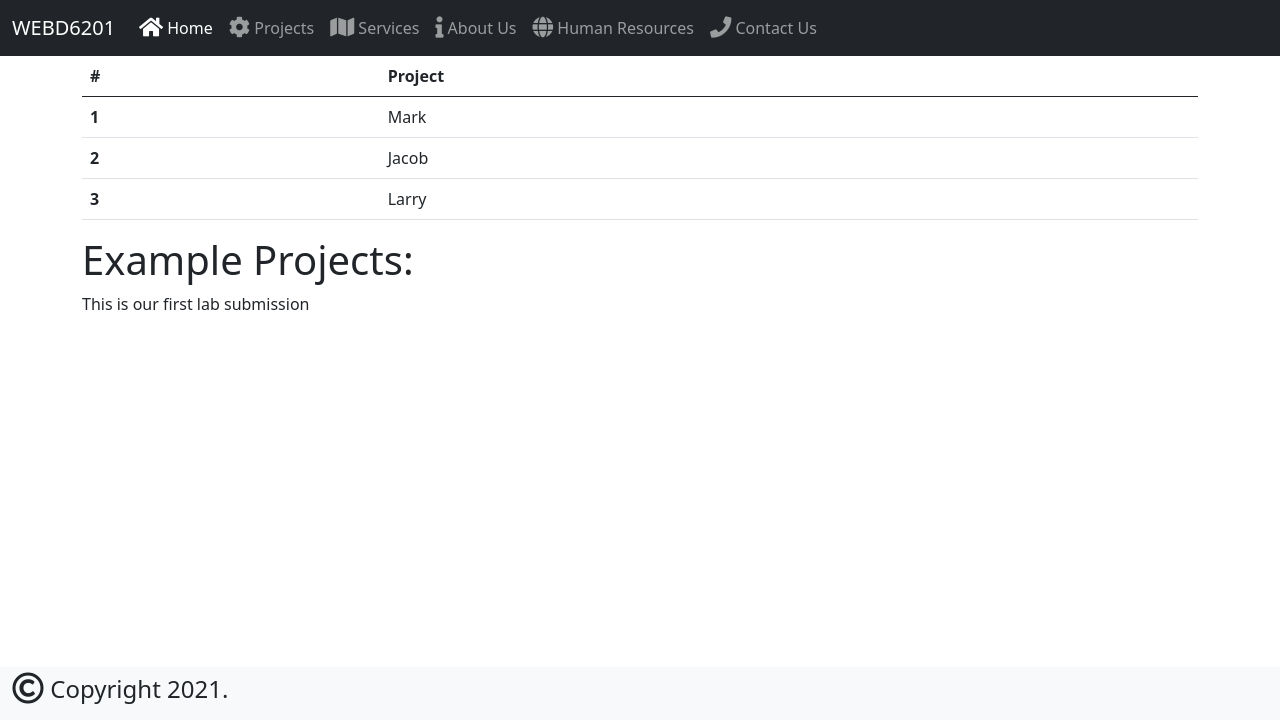
Repository: Sub4Sub/Lab_1
Page: products.html
An editor plug-in stored every save of this project. The page is shown before and after the next save, followed by the edit.
The browser window is 1280 px wide. The pictures show the whole page.

Above is the page before, as saved 2021-02-05 15:59:22.

### products.html
<!DOCTYPE html>
<html lang="en">
<head>
    <meta charset="UTF-8">
    <meta name="viewport" content="width=device-width, initial-scale=1.0">
    <title>Products</title>
    <!-- CSS Section -->
    <link rel="stylesheet" href="./node_modules/bootstrap/dist/css/bootstrap.min.css">
    <link rel="stylesheet" href="./node_modules/@fortawesome/fontawesome-free/css/all.min.css">
    <link rel="stylesheet" href="./Content/app.css">
</head>
<body>
    <!-- Main Header -->

    <!-- Main Content -->
    <main class="container">
      <table class="table">
        <thead>
          <tr>
            <th scope="col">#</th>
            <th scope="col">Project</th>
          </tr>
        </thead>
        <tbody>
          <tr>
            <th scope="row">1</th>
            <td>Mark</td>
          </tr>
          <tr>
            <th scope="row">2</th>
            <td>Jacob</td>
          </tr>
          <tr>
            <th scope="row">3</th>
            <td>Larry</td>
          </tr>
        </tbody>
      </table>
    </main>



    <!-- Script Section-->
    <script src="./node_modules/jquery/dist/jquery.min.js"></script>
    <script src="./node_modules/bootstrap/dist/js/bootstrap.bundle.min.js"></script>
    <script src="./Scripts/app.js"></script>
</body>
</html>

### Scripts/app.js
/*
* Name: Brett Tindall & Emeka Okoisama
* Student Id: 100708109 &
* Date Completed: 2021-02-05
*/

"use strict";

//IIFE - Immediately Invoked Function Expression
(function()
{

    /*
      Function that displays the home page's content
    */
    function displayHome()
    {
        let indexHeading = document.createElement("h1");

        indexHeading.setAttribute("id", "indexHeading");
        indexHeading.textContent = `Welcome to lab 1`;

        let mainContent = document.querySelector("main");
        mainContent.appendChild(indexHeading);

        let newDivTag = document.createElement("div");
        newDivTag.innerHTML =
        `<h4>By Brett Tindall and Emeka Okoisama</h4>
        <p id="paragraphThree"> This is our first lab submission </p>`;


        mainContent.append(newDivTag);


    }

    function displayProjects()
    {
        let projectHeading = document.createElement("h1");

        projectHeading.setAttribute("id", "projectHeading");
        projectHeading.textContent = `Example Projects:`;

        let mainContent = document.querySelector("main");
        mainContent.appendChild(projectHeading);

        let newDivTag = document.createElement("div");
        newDivTag.innerHTML =
        `<p id="paragraphThree"> This is our first lab submission </p>`;


        mainContent.append(newDivTag);


    }

    /*
      Function that displays the contact page's content
    */
    function displayContact()
    {
      let contactHeading = document.createElement("h1");

      contactHeading.setAttribute("id", "contactHeading");
      contactHeading.textContent = "Enter a Contact";

      let mainContent = document.querySelector("main");
      mainContent.appendChild(contactHeading);

      let newDivTag = document.createElement("div");
      newDivTag.innerHTML =
      `<div id="messageArea"></div>

      <div class="row justify-content-lg-center g-3">
        <form class="col-lg-6 col-md-10 col-sm-10">

          <div class="input-group mb-3">
            <span class="input-group-text" id="inputGroup-sizing-default">Full Name </span>
            <input id="fullName" type="text" class="form-control" aria-label="Full Name" aria-describedby="Full Name Input"
            name="fullName" required>
          </div>

          <div class="input-group mb-3">
            <span class="input-group-text" id="inputGroup-sizing-default">Contact Number</span>
            <input id="contactNumber" type="tel" class="form-control" aria-label="Contact Number" aria-describedby="Contact Number Input"
            name="contactNumber" required>
          </div>

          <div class="input-group mb-3">
            <span class="input-group-text" id="inputGroup-sizing-default">Email</span>
            <input id="emailAddress" type="email" class="form-control" aria-label="Email Address" aria-describedby="Email Address Input"
            name="emailAddress" required>
          </div>

          <button id="sendButton" type="submit" class="btn btn-primary"><i class="fas fa-envelope fa-lg"></i> Send</button>
          <button id="cancelButton" type="reset" class="btn btn-warning"><i class="fas fa-undo fa-lg"></i> Cancel</button>
        </form>
      </div>`;

      mainContent.append(newDivTag);


      let sendButton = document.getElementById("sendButton");

        sendButton.addEventListener("click", function(event){

          window.location.href = './index.html';

        });

    }

    /*
      Function that displays the fixed footer at the bottom of the page
    */
   function displayHeader()
   {
     let mainContent = document.querySelector("body");

     //let sendButton = document.getElementById("body");

     let newFooterTag = document.createElement("header");

     newFooterTag.innerHTML =
     `
     <header>
      <!-- Main Navigation -->
      <nav class="navbar navbar-expand-lg navbar-dark bg-dark">
          <div class="container-fluid">
            <a class="navbar-brand" href="index.html">WEBD6201</a>
            <button class="navbar-toggler" type="button" data-bs-toggle="collapse" data-bs-target="#navbarSupportedContent" aria-controls="navbarSupportedContent" aria-expanded="false" aria-label="Toggle navigation">
              <span class="navbar-toggler-icon"></span>
            </button>
            <div class="collapse navbar-collapse" id="navbarSupportedContent">
              <ul class="navbar-nav me-auto mb-2 mb-lg-0" id ="headerList">
                <li class="nav-item">
                  <a class="nav-link active" aria-current="page" href="index.html"><i class="fas fa-home fa-lg"></i> Home</a>
                </li>

                <li class="nav-item">
                  <a class="nav-link" id="productsLink" aria-current="page" href="products.html"><i class="fas fa-cog fa-lg"></i> Products</a>
                </li>

                <li class="nav-item">
                  <a class="nav-link" aria-current="page" href="services.html"><i class="fas fa-map fa-lg"></i> Services</a>
                </li>

                <li class="nav-item" id="aboutUsList">
                  <a class="nav-link" id="aboutUsLink" aria-current="page" href="about.html"><i class="fas fa-info fa-lg"></i> About Us</a>
                </li>

                <li class="nav-item">
                  <a class="nav-link" aria-current="page" href="contact.html"><i class="fas fa-phone fa-lg"></i> Contact Us</a>
                </li>
              </ul>
            </div>
          </div>
        </nav>
  </header>
     `

     mainContent.prepend(newFooterTag);

   }

    /*
      Function that displays the fixed footer at the bottom of the page
    */
    function displayFooter()
    {
      let mainContent = document.querySelector("main");

      let newFooterTag = document.createElement("footer");

      newFooterTag.innerHTML =
      `
      <footer>
        <nav class="navbar fixed-bottom navbar-light bg-light">
            <div class="container-fluid">
              <h4><i class="far fa-copyright fa-lg"></i> Copyright 2021.</h4>
            </div>
          </nav>
    </footer>
      `

      mainContent.append(newFooterTag);

    }

    /*
      Function that adds a button to the human resources page
    */
    function addHumanResourcesButton()
    {

      let aboutUsLink = document.getElementById("aboutUsList");

      let newListItem = document.createElement("li");

      newListItem.innerHTML =
      `
      <li class="nav-item">
        <a class="nav-link" id="HumanResourcesLink" aria-current="page" href="human-resources.html"><i class="fas fa-globe fa-lg"></i> Human Resources</a>
      </li>
      `

      aboutUsLink.after(newListItem);

    }

    /*
      Function that changes the products button's text to projects
    */
   function alterProductsButton()
   {

    let productsButton = document.getElementById("headerList").childNodes[3];

    //productsButton.textContent = "Projects";

    let newListItem = document.createElement("li");

    newListItem.innerHTML =
   `
   <li class="nav-item">
               <a class="nav-link" aria-current="page" href="products.html"><i class="fas fa-cog fa-lg"></i> Projects</a>
             </li>
   `

    productsButton.replaceChild(newListItem, productsButton.childNodes[1]);

   }

   /*
      Function that run when the page loads
    */
    function Start()
    {
        console.log("App Started...");

        displayHeader();

        alterProductsButton();

        addHumanResourcesButton();

        switch (document.title)
        {
          case "Home":
              displayHome();
            break;
          case "About":
              displayAbout();
            break;
          case "Products":
              displayProjects();
            break;
          case "Services":
              displayServices();
            break;
          case "Contact":
              displayContact();
            break;
        }

    }

    displayFooter();

    window.addEventListener("load", Start);

})();

Loaded but not shown: node_modules/bootstrap/dist/css/bootstrap.min.css (library); node_modules/@fortawesome/fontawesome-free/css/all.min.css (library); node_modules/jquery/dist/jquery.min.js (library); node_modules/bootstrap/dist/js/bootstrap.bundle.min.js (library); Content/app.css (no stored copy; drawn as an empty file)

After the next save:
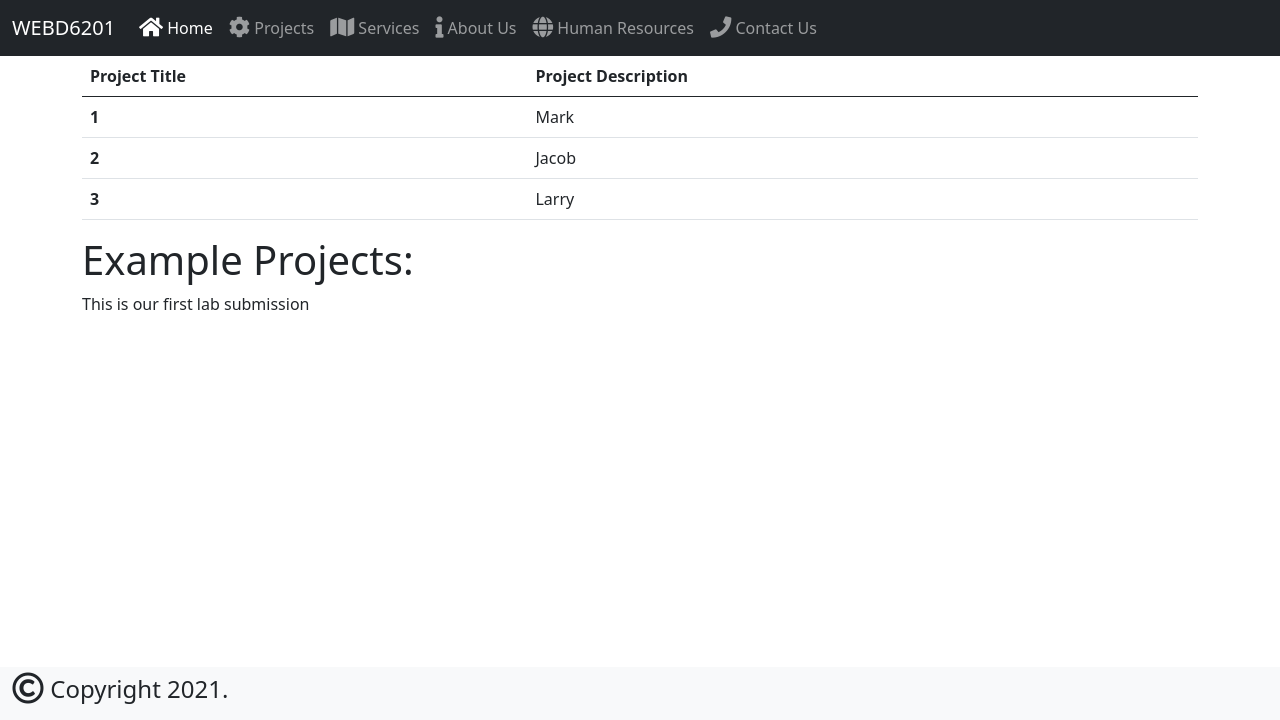
Saved 43 s later.
--- a/products.html
+++ b/products.html
@@ -17,8 +17,8 @@
       <table class="table">
         <thead>
           <tr>
-            <th scope="col">#</th>
-            <th scope="col">Project</th>
+            <th scope="col">Project Title</th>
+            <th scope="col">Project Description</th>
           </tr>
         </thead>
         <tbody>
